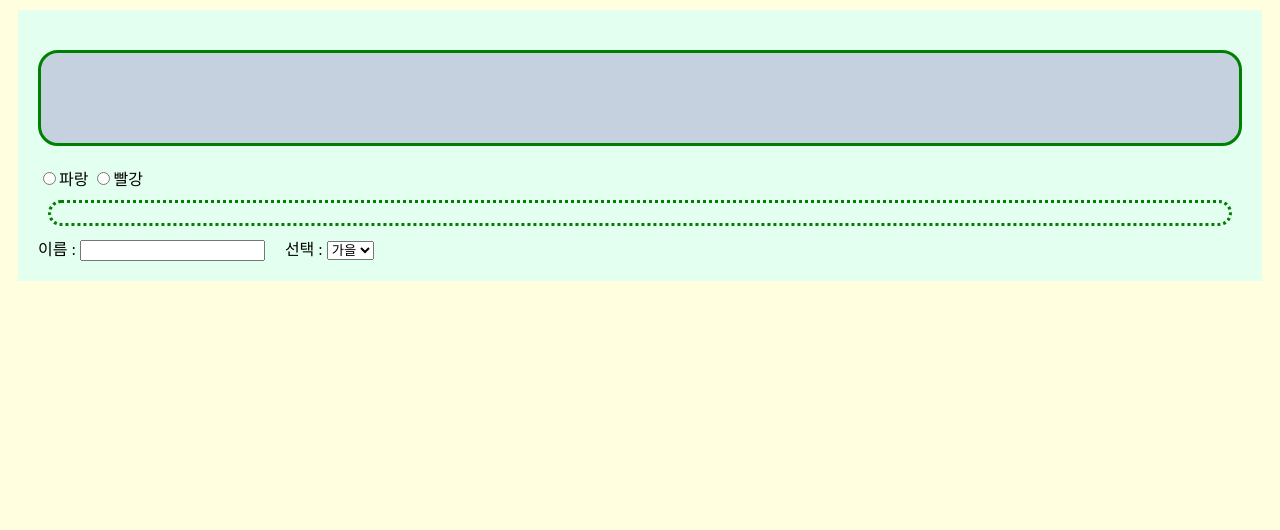
Repository: ypyp0205/jquery
Page: jqpro/WebContent/0204/event_test.html
The author's editor kept a copy of each file at every save. The page is drawn from the files as they stood at one save, then again after the next save.
The browser window is 1280 px wide. The pictures show the whole page.

Above is the page before, as saved 2020-02-04 07:51:26.

### jqpro/WebContent/0204/event_test.html
<!DOCTYPE html>
<html>
<head>
<meta charset="UTF-8">
<title>Insert title here</title>
<link rel="stylesheet" href="../CSS/mystyle.css">
<script type="text/javascript">
	function changeColor(c) {
		result = document.getElementById('result1');

		result.style.background = c;
	}
	function changeColor(c) {

	}
	window.onload = function() {
		document.body.style.background = 'lightpink';
	}
	function loadProc() {
		document.body.style.background = 'lightyellow';
	}
</script>
</head>
<body onload= "loadProc()">

	<div class="box">
		<h2></h2>
		<pre>

		</pre>

		<input type="radio" name="color" onclick="changeColor('lightblue')">파랑
		<input type="radio" name="color" onclick="changeColor('lightred')">빨강
		<div id="result1"></div>
		이름 : <input type="text" name="name">
		&nbsp;&nbsp;&nbsp;
		선택 :
		<select name="sel" >
		<option value="봄">봄</option>
		<option value="여름">여름</option>
		<option value="가을" selected>가을</option>
		<option value="겨울">겨울</option>
		</select>
	</div>
</body>
</html>

### jqpro/WebContent/CSS/mystyle.css
@CHARSET "UTF-8";

pre {
	height: auto;
	background: #efffef;
	border: 3px solid green;
	font-size: 20px;
	padding: 10px;
	border-radius: 20px;
}

.box {
	background: #e3ffef;
	margin: 10px;
	height: auto;
	padding: 20px;
}

.box div {
	border: 3px dotted green;
	height: auto;
	margin: 10px;
	padding: 10px;
	border-radius: 20px;
}

.box button {
	color: white;
	background: blue;
	padding: 5px;
	margin: 5px;
	width: 80px;
	border-radius: 40px;
}

.box pre {
	padding: 15px;
	color: blue;
	background: rgb(197, 209, 222);
	line-height: 1.5em;
	font-weight: bold;
	}

After the next save:
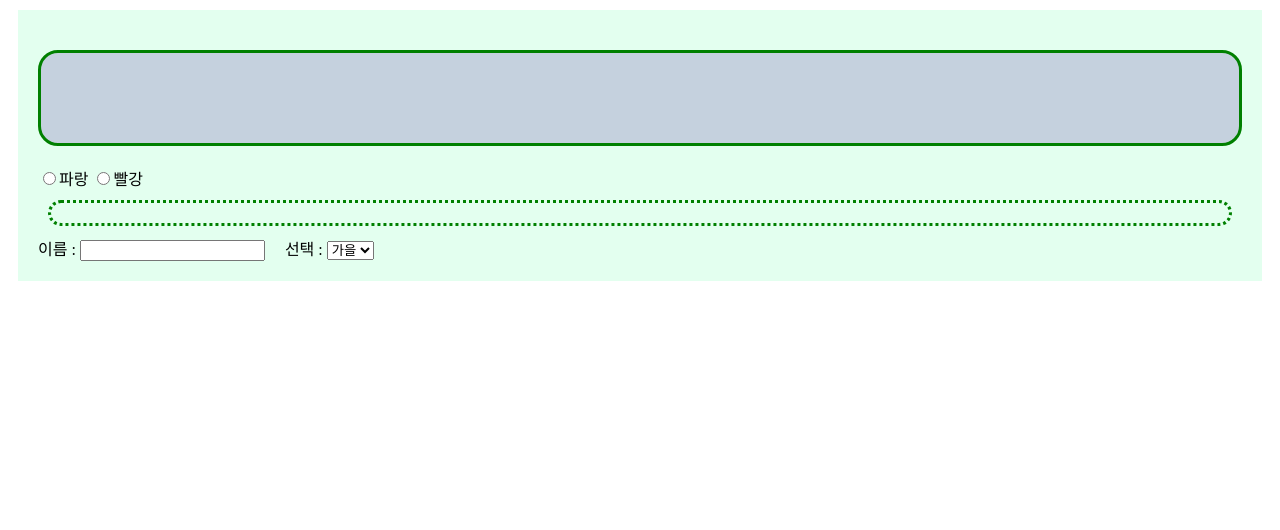
Console error: SyntaxError: Unexpected token '('
Saved 4 min 38 s later.
--- a/jqpro/WebContent/0204/event_test.html
+++ b/jqpro/WebContent/0204/event_test.html
@@ -5,19 +5,27 @@
 <title>Insert title here</title>
 <link rel="stylesheet" href="../CSS/mystyle.css">
 <script type="text/javascript">
+
 	function changeColor(c) {
 		result = document.getElementById('result1');
 
 		result.style.background = c;
 	}
-	function changeColor(c) {
 
-	}
 	window.onload = function() {
 		document.body.style.background = 'lightpink';
+		f = document.ff;
 	}
 	function loadProc() {
 		document.body.style.background = 'lightyellow';
+	}
+
+	function nameProc()() {
+		namevalue = f.name.value;
+		namevalue.toLowerCase();
+	}
+	function selProc()() {
+
 	}
 </script>
 </head>
@@ -32,10 +40,10 @@
 		<input type="radio" name="color" onclick="changeColor('lightblue')">파랑
 		<input type="radio" name="color" onclick="changeColor('lightred')">빨강
 		<div id="result1"></div>
-		이름 : <input type="text" name="name">
+		이름 : <input type="text" name="name" onchange="nameProc()">
 		&nbsp;&nbsp;&nbsp;
 		선택 :
-		<select name="sel" >
+		<select name="sel" onchange="selProc()">
 		<option value="봄">봄</option>
 		<option value="여름">여름</option>
 		<option value="가을" selected>가을</option>

After the 5 saves that followed:
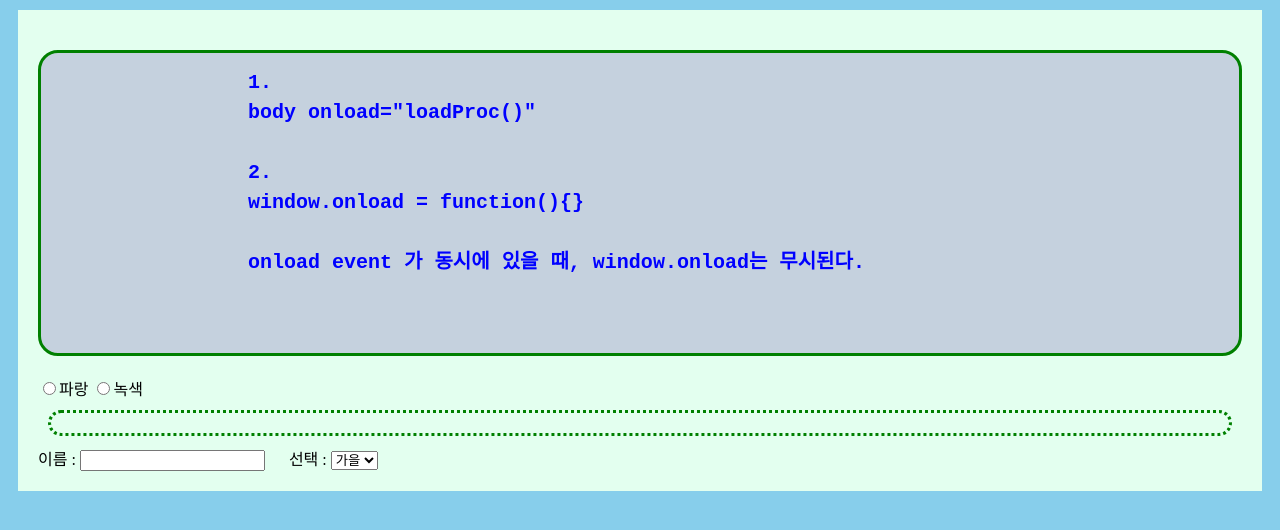
The error is gone.
The 5 saves are shown as one change because 4 left the picture as it was.
The last was saved 8 min 0 s later.
--- a/jqpro/WebContent/0204/event_test.html
+++ b/jqpro/WebContent/0204/event_test.html
@@ -1,54 +1,73 @@
 <!DOCTYPE html>
 <html>
 <head>
-<meta charset="UTF-8">
-<title>Insert title here</title>
-<link rel="stylesheet" href="../CSS/mystyle.css">
-<script type="text/javascript">
+	<meta charset="UTF-8">
+	<title>Insert title here</title>
+	<link rel="stylesheet" href="../CSS/mystyle.css";>
+	<script type="text/javascript">
+		function changeColor(c){
 
-	function changeColor(c) {
-		result = document.getElementById('result1');
+			result = document.getElementById('result1');
 
-		result.style.background = c;
-	}
+			result.style.background = c;
 
-	window.onload = function() {
-		document.body.style.background = 'lightpink';
-		f = document.ff;
-	}
-	function loadProc() {
-		document.body.style.background = 'lightyellow';
-	}
+		}
 
-	function nameProc()() {
-		namevalue = f.name.value;
-		namevalue.toLowerCase();
-	}
-	function selProc()() {
+		window.onload = function(){
+			document.body.style.background = 'lightgreen';
+		}
 
-	}
-</script>
+		function loadProc(){
+			document.body.style.background = 'skyblue';
+			f = document.ff;
+		}
+
+
+		function nameProc(){
+			// 대문자로 이름 입력 시 입력한 값을 소문자로 변경한다.
+
+			// 값 가져오기. (get)
+			namevalue = f.name.value;
+			// 소문자로 바꾸기.
+			lowervalue = namevalue.toLowerCase();
+			// 소문자로 set하기.
+			f.name.value = lowervalue;
+
+		}
+
+		function selProc(){
+
+		}
+	</script>
 </head>
-<body onload= "loadProc()">
+<body onload="loadProc()">
+	<div class="box">
+		<h2> </h2>
+		<pre>
+		1.
+		body onload="loadProc()"
 
-	<div class="box">
-		<h2></h2>
-		<pre>
+		2.
+		window.onload = function(){}
+
+		onload event 가 동시에 있을 때, window.onload는 무시된다.
 
 		</pre>
-
-		<input type="radio" name="color" onclick="changeColor('lightblue')">파랑
-		<input type="radio" name="color" onclick="changeColor('lightred')">빨강
+		<input type="radio" name="color" onclick="changeColor('skyblue')">파랑
+		<input type="radio" name="color" onclick="changeColor('lightgreen')">녹색
+		<br>
 		<div id="result1"></div>
-		이름 : <input type="text" name="name" onchange="nameProc()">
-		&nbsp;&nbsp;&nbsp;
-		선택 :
-		<select name="sel" onchange="selProc()">
-		<option value="봄">봄</option>
-		<option value="여름">여름</option>
-		<option value="가을" selected>가을</option>
-		<option value="겨울">겨울</option>
-		</select>
+		<form name="ff">
+			이름 : <input type="text" name="name" onchange="nameProc()">
+			&nbsp;&nbsp;&nbsp;&nbsp;
+			선택 :
+			<select name="sel" onchange="selProc()">
+				<option value="봄">봄</option>
+				<option value="여름">여름</option>
+				<option value="가을" selected>가을</option>
+				<option value="겨울">겨울</option>
+			</select>
+		</form>
 	</div>
 </body>
 </html>
